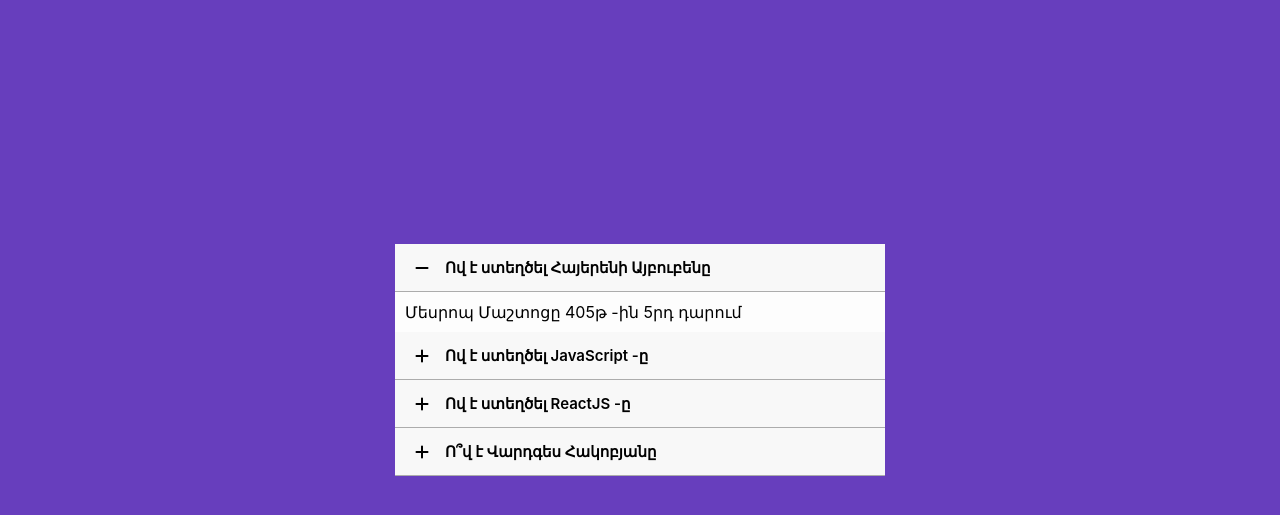
Repository: vardgeshakobyann/Accordion-ReactJS
Page: /, after clicking the first element matching `div.header`
An editor plug-in stored every save of this project. The page is shown before and after the next save, followed by the edit.
The browser window is 1280 px wide. The pictures show the whole page.
The project was rebuilt for these pictures with package versions that can differ from the ones it lists, and the page was loaded fresh each time.

Above is the page before, as saved 2025-06-11 09:46:59.

### public/index.html
<!DOCTYPE html>
<html lang="en">
  <head>
    <meta charset="utf-8" />
    <link rel="icon" href="%PUBLIC_URL%/favicon.ico" />
    <meta name="viewport" content="width=device-width, initial-scale=1" />
    <meta name="theme-color" content="#000000" />
    <meta
      name="description"
      content="Web site created using create-react-app"
    />
    <link rel="apple-touch-icon" href="%PUBLIC_URL%/logo192.png" />
    <!--
      manifest.json provides metadata used when your web app is installed on a
      user's mobile device or desktop. See https://developers.google.com/web/fundamentals/web-app-manifest/
    -->
    <link rel="manifest" href="%PUBLIC_URL%/manifest.json" />
    <!--
      Notice the use of %PUBLIC_URL% in the tags above.
      It will be replaced with the URL of the `public` folder during the build.
      Only files inside the `public` folder can be referenced from the HTML.

      Unlike "/favicon.ico" or "favicon.ico", "%PUBLIC_URL%/favicon.ico" will
      work correctly both with client-side routing and a non-root public URL.
      Learn how to configure a non-root public URL by running `npm run build`.
    -->
      <link rel="stylesheet" href="https://cdnjs.cloudflare.com/ajax/libs/font-awesome/6.7.2/css/all.min.css" integrity="sha512-Evv84Mr4kqVGRNSgIGL/F/aIDqQb7xQ2vcrdIwxfjThSH8CSR7PBEakCr51Ck+w+/U6swU2Im1vVX0SVk9ABhg==" crossorigin="anonymous" referrerpolicy="no-referrer" />
    <title>React App</title>
  </head>
  <body>
    <noscript>You need to enable JavaScript to run this app.</noscript>
    <div id="root"></div>
    <!--
      This HTML file is a template.
      If you open it directly in the browser, you will see an empty page.

      You can add webfonts, meta tags, or analytics to this file.
      The build step will place the bundled scripts into the <body> tag.

      To begin the development, run `npm start` or `yarn start`.
      To create a production bundle, use `npm run build` or `yarn build`.
    -->
  </body>
</html>

### src/index.js
import ReactDOM from 'react-dom/client';
import './index.css';
import App from './App';

const root = ReactDOM.createRoot(document.getElementById('root'));
root.render(<App />);

### src/index.css
* {
  margin: 0;
  padding: 0;
  box-sizing: border-box;
}

body {
  margin: 0;
  font-family: -apple-system, BlinkMacSystemFont, 'Segoe UI', 'Roboto', 'Oxygen',
    'Ubuntu', 'Cantarell', 'Fira Sans', 'Droid Sans', 'Helvetica Neue',
    sans-serif;
  -webkit-font-smoothing: antialiased;
  -moz-osx-font-smoothing: grayscale;
  background: #673EBD;
}

code {
  font-family: source-code-pro, Menlo, Monaco, Consolas, 'Courier New',
    monospace;
}

### src/App.js
import './App.css';
import Accordion from './components/Accordion/Accordion';

function App() {
  return (
    <div className="App">
      <Accordion />
    </div>
  );
}

export default App;

### src/App.css
.App {
  width: 100%;
  height: 100vh;
  display: flex;
  justify-content: center;
  align-items: center;
}

### src/components/Accordion/Accordion.jsx
import './accordion.css';
import { data } from '../../DB';
import AccordionItem from '../AccordionItem/AccordionItem';
import { useState } from 'react';

const Accordion = () => {
    const [accordionData, setAccordionData] = useState(data);
    console.log(accordionData);

    const showItem = (index) => {
        const update = accordionData.map((elm, idx) => {
            return {...elm, isComplited: idx === index};
        })

        setAccordionData(update);
    }

    return (
        <div className="accordion">
            {
                accordionData.map((el, index) => {
                    return (
                        <AccordionItem
                            key={el.id}
                            question={el.question}
                            answer={el.answer}
                            el={el}
                            showItem={() => showItem(index)}
                        />
                    )
                })
            }
        </div>
    )
}

export default Accordion;

### src/components/Accordion/accordion.css
.accordion {
    width: 490px;
    border-radius: 4px;
}

### src/DB.js
export const data = [
    {
        id: 1,
        question: "Ով է ստեղծել Հայերենի Այբուբենը",
        answer: "Մեսրոպ Մաշտոցը 405թ -ին 5րդ դարում",
        isComplited: false
    },
    {
        id: 2,
        question: "Ով է ստեղծել JavaScript -ը",
        answer: "JavaScript -ը թողարկվել 1995թ -ին Netscape ընկերության կողմից, նրան ստեղծել է Բրենդան Այկը",
        isComplited: false
    },
    {
        id: 3,
        question: "Ով է ստեղծել ReactJS -ը",
        answer: "ReactJS -ը ստեղծել է meta ընկերությունը 2013թ -ին",
        isComplited: false
    },
    {
        id: 4,
        question: "Ո՞վ է Վարդգես Հակոբյանը",
        answer: "Վարդգես Հակոբյանը՝ ծրագրավորող է, ով ստեղծել է այս փոքրիկ վեբ հավելվածը",
        isComplited: false
    }
];

### src/components/AccordionItem/AccordionItem.jsx
import './accordionItem.css';

const AccordionItem = ({question, answer, el, showItem}) => {
    return (
        <div className="accordionItem">
            <div className="header" onClick={showItem}>
                <div className="block">
                    {
                        el.isComplited
                        ?
                        <i className="fa-solid fa-minus"></i>
                        :
                        <i className="fa-solid fa-plus"></i>
                    }
                    <p>{question}</p>
                </div>
            </div>
            <div className={el.isComplited ? "bottom active" : "bottom"}>
                <p>{answer}</p>
            </div>
        </div>
    )
}

export default AccordionItem;

### src/components/AccordionItem/accordionItem.css
.accordionItem {
    width: 100%;
}

.accordionItem .header {
    width: 100%;
    height: 48px;
    background: #F8F8F8;
    padding: 10px;
    display: flex;
    justify-content: space-between;
    align-items: center;
    border-bottom: 1px solid #acacac;
    cursor: pointer;
}

.accordionItem .header .block {
    display: flex;
    justify-content: center;
    align-items: center;
    gap: 16px;
    padding: 10px;
}

.accordionItem .header .block p {
    font-weight: 600;
    font-size: 15px;
}

.accordionItem .bottom {
    display: none;
    width: 100%;
    min-height: 0px;
    background: #FDFDFD;
    padding: 10px;
}

.accordionItem .bottom.active {
    display: block;
}

After the next save:
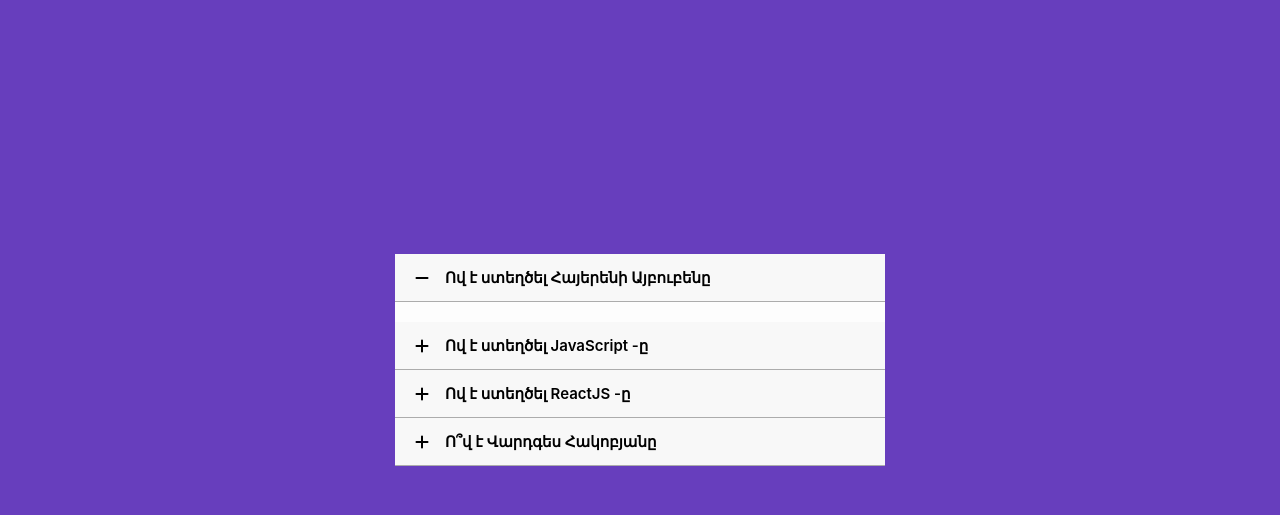
Saved 12 s later.
--- a/src/components/AccordionItem/accordionItem.css
+++ b/src/components/AccordionItem/accordionItem.css
@@ -33,6 +33,10 @@
     min-height: 0px;
     background: #FDFDFD;
     padding: 10px;
+
+    p {
+        display: none;
+    }
 }
 
 .accordionItem .bottom.active {
